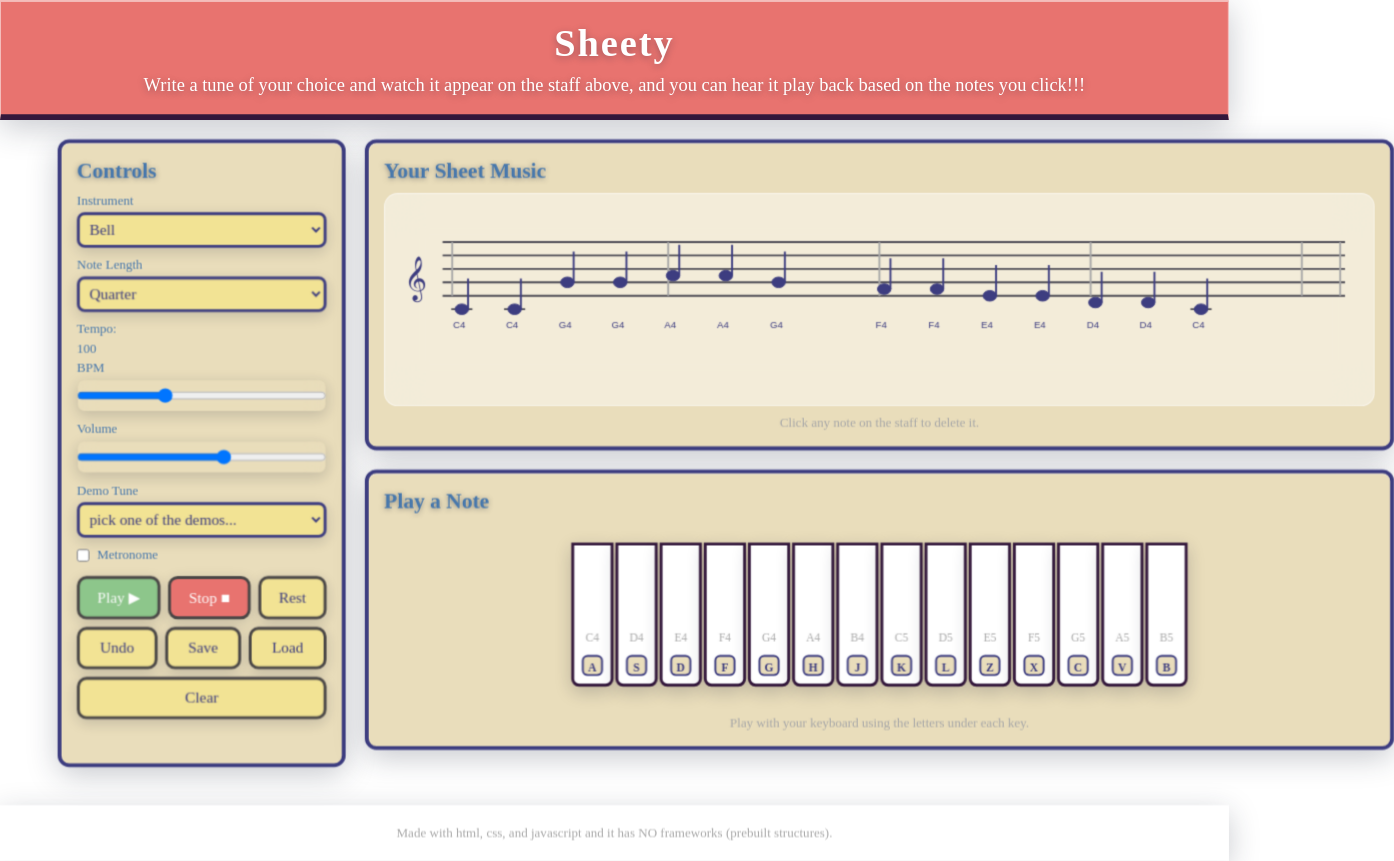
Repository: manayparikh1/sheety
Page: index.html
An editor plug-in stored every save of this project. The page is shown before and after the next save, followed by the edit.
The browser window is 1280 px wide. The page is 1452 px wide, so the pictures cover 1452 px, including what lies to the right of the window. The pictures show the whole page, at 96% of full size.
Backgrounds fixed to the window are drawn as part of the page.

Above is the page before, as saved 2026-08-23 21:15:15.

After the next save:
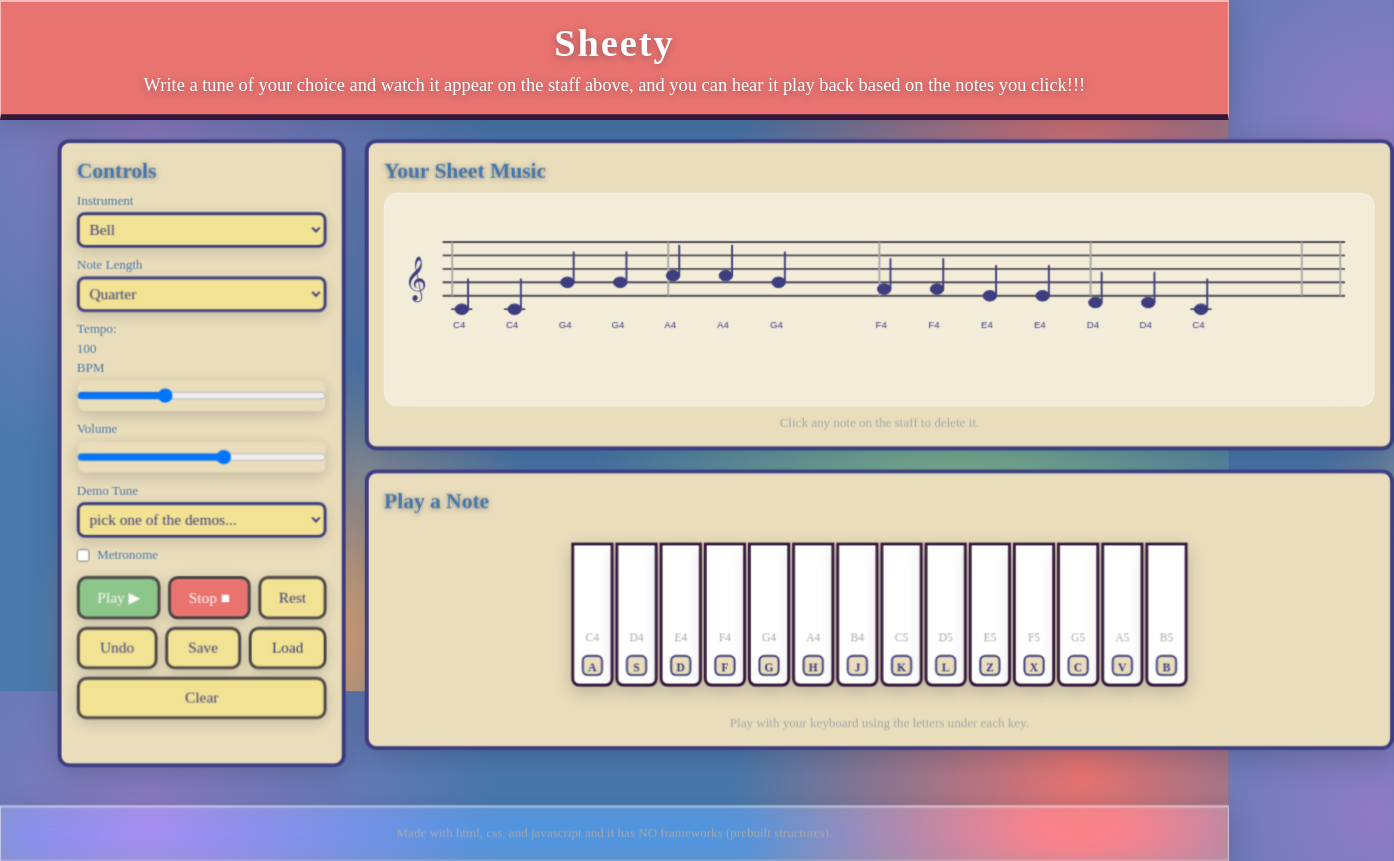
Saved 54 s later.
--- a/index.html
+++ b/index.html
@@ -22,6 +22,7 @@
             --orange: #f2ae72;
             --darkpurple: #34183c;
             --grey: #a9a9a9;
+            --purple: #8e7cc3;
             --black-key: #494646;
             --line-black: #222222;
             --glass: rgba(255, 255, 255, 0.18);
@@ -34,10 +35,10 @@
         body {
             background:
                 radial-gradient(38rem 38rem at 12% 18%, var(--purple), transparent 60%),
-                radial-gradient(38rem 38rem at 88% 12%, var(--red), transparent 60%);
-            radial-gradient(40rem 40rem at 78% 82%, var(--green), transparent 62%),
-            radial-gradient(30rem 30rem at 25% 92%, var(--orange), transparent 60%),
-            var(--blue);
+                radial-gradient(38rem 38rem at 88% 12%, var(--red), transparent 60%),
+                radial-gradient(40rem 40rem at 78% 82%, var(--green), transparent 62%),
+                radial-gradient(30rem 30rem at 25% 92%, var(--orange), transparent 60%),
+                var(--blue);
             background-attachment: fixed;
             min-height: 100vh;
             animation: drift 24s ease-in-out infinite alternate;
@@ -174,7 +175,7 @@
             border: 1px solid var(--edge);
             border-top: none;
             box-shadow: 0 6px 18px rgba(31, 38, 60, .22);
-            inset 0 -1px 0 rgba(255, 255, 255, .4);
+            inset: 0 -1px 0 rgba(255, 255, 255, .4);
             color: var(--paper);
         }
 
